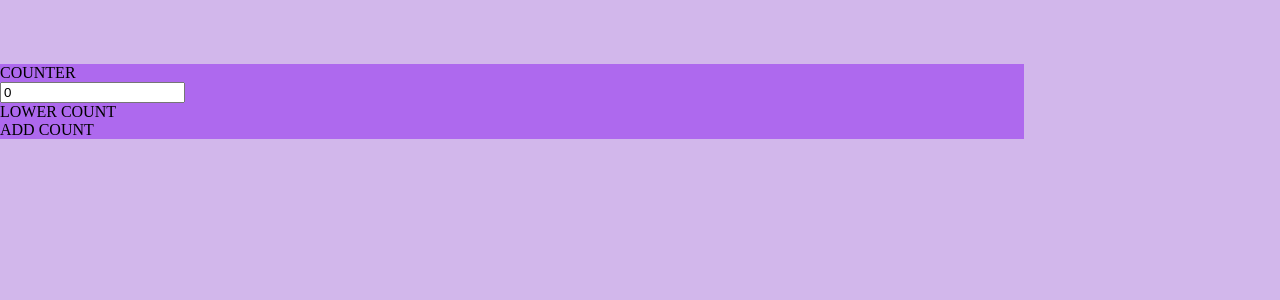
Repository: AnahitKhechumyan/Counter
Page: index.html
An editor plug-in stored every save of this project. The page is shown before and after the next save, followed by the edit.
The browser window is 1280 px wide. The pictures show the whole page.

Above is the page before, as saved 2022-02-14 16:56:50.

After the next save:
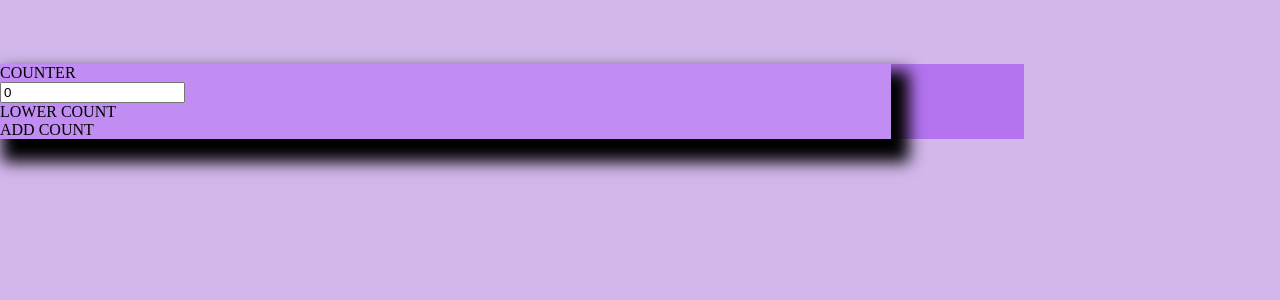
Saved 3 min 54 s later.
--- a/style.css
+++ b/style.css
@@ -3,8 +3,15 @@
     background-color: rgb(210, 183, 235);
 }
 .container{
-    background-color: rgb(174, 105, 238);
+    background-color: rgb(180, 116, 240);
     width: 80%;
     margin-top: 5%;
     margin-bottom: 5%;
 }
+.main{
+    background-color: rgb(194, 141, 243);
+    width: 87%;
+    margin-top: 5%;
+    margin-bottom: 5%;
+    box-shadow: 10px 15px 15px 8px;
+}
